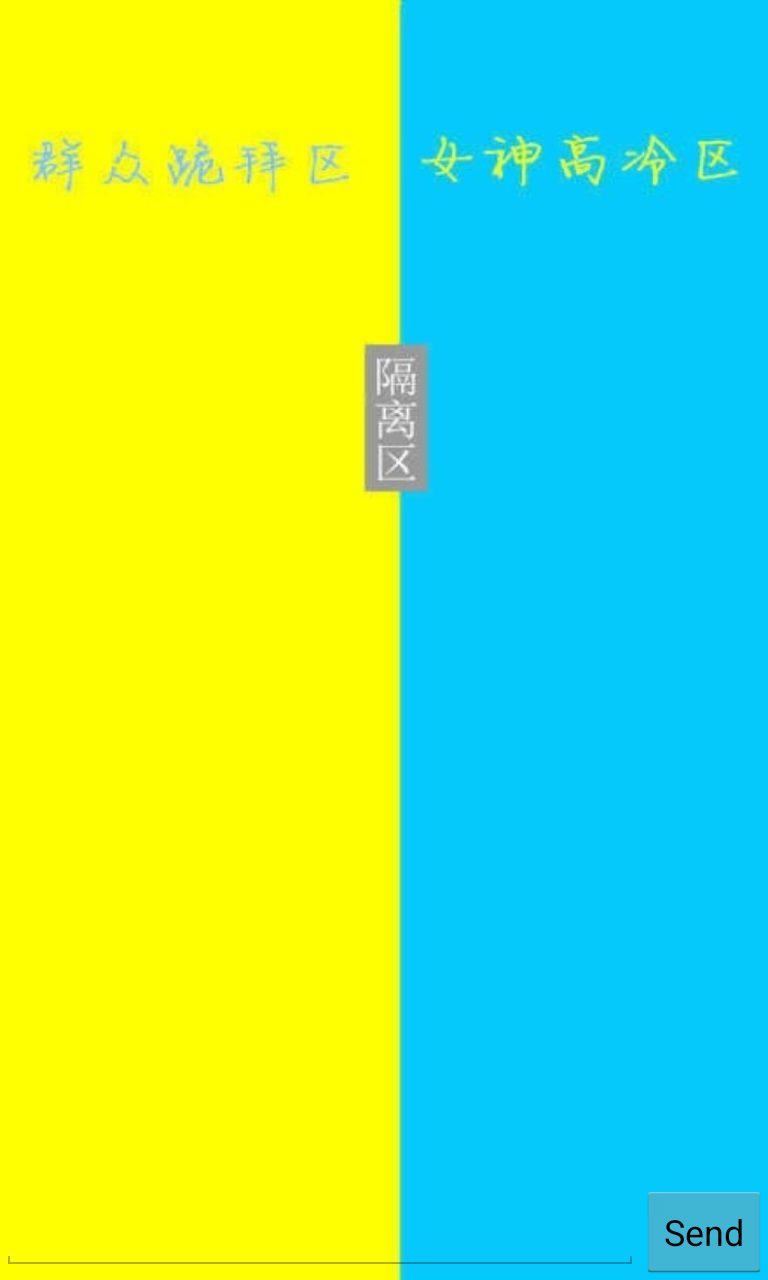
Repository: A203/chenying
Layout: day6/TulingDemo/res/layout/activity_main.xml
The author's editor kept a copy of each file at every save. The layout is drawn from the files as they stood at one save, then again after the next save.
It is drawn on a 768 x 1280 px phone screen (xhdpi) without system bars, with theme AppTheme; the app's code is not run. Lists and similar views that code fills are empty.

Above is the layout before, as saved 2015-07-16 02:01:20.

### day6/TulingDemo/res/layout/activity_main.xml
<LinearLayout xmlns:android="http://schemas.android.com/apk/res/android"
    xmlns:tools="http://schemas.android.com/tools"
    android:layout_width="match_parent"
    android:layout_height="match_parent"
    android:orientation="vertical"
    android:background="@drawable/qzns">

    <ListView
        android:id="@+id/lv"
        android:layout_width="fill_parent"
        android:layout_height="0dp"
        android:layout_weight="1"
        android:divider="@null"
        android:listSelector="@android:color/transparent"
        android:transcriptMode="alwaysScroll" >
    </ListView>

    <LinearLayout
        android:layout_width="fill_parent"
        android:layout_height="wrap_content"
        android:orientation="horizontal" >


        <EditText
            android:layout_width="0dp"
            android:layout_height="wrap_content"
            android:layout_weight="1"
            android:id="@+id/sendText"
            />

        <Button
            android:id="@+id/sendBtn"
            android:layout_width="wrap_content"
            android:layout_height="wrap_content"
            android:text="Send" />
    </LinearLayout>

</LinearLayout>

Loaded but not shown: day6/TulingDemo/res/values/styles.xml (common file); day6/TulingDemo/res/values-v11/styles.xml (common file); day6/TulingDemo/res/values-v14/styles.xml (common file)

After the next save:
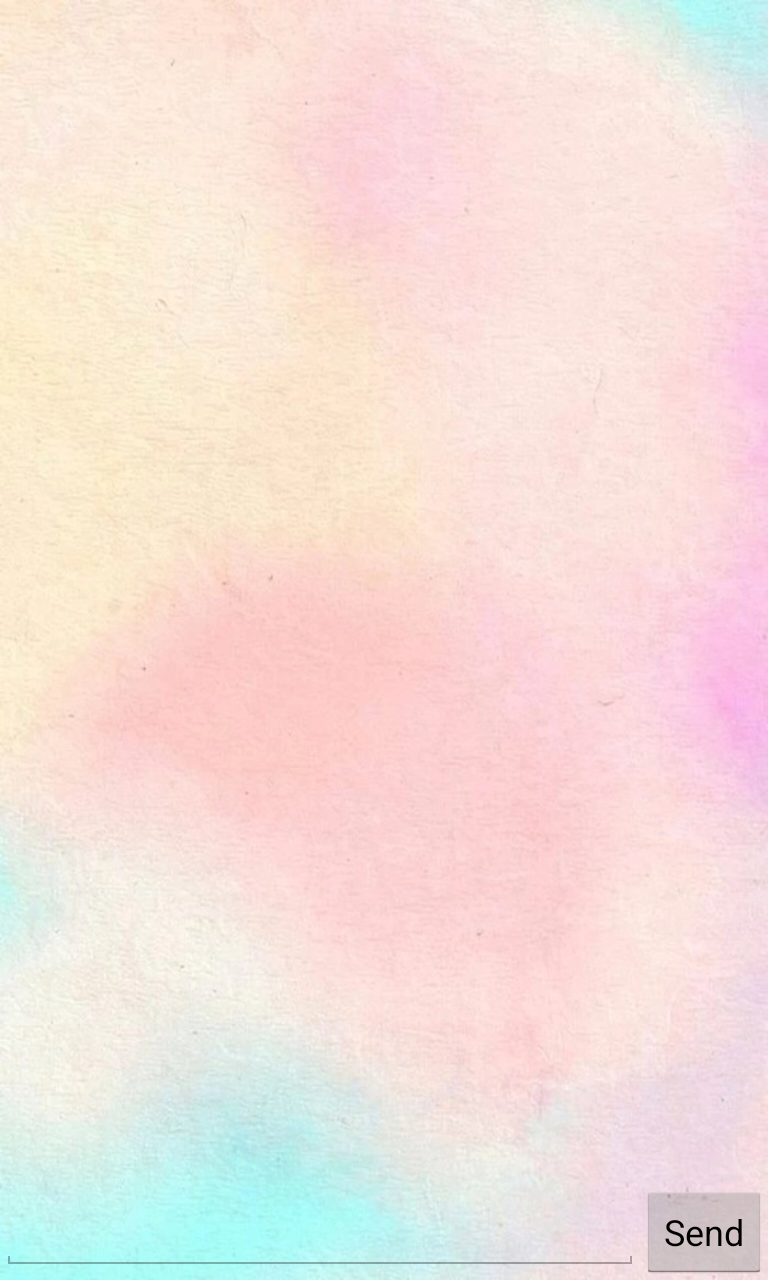
Saved 7 min 24 s later.
--- a/day6/TulingDemo/res/layout/activity_main.xml
+++ b/day6/TulingDemo/res/layout/activity_main.xml
@@ -3,7 +3,7 @@
     android:layout_width="match_parent"
     android:layout_height="match_parent"
     android:orientation="vertical"
-    android:background="@drawable/qzns">
+    android:background="@drawable/jianbian">
 
     <ListView
         android:id="@+id/lv"
